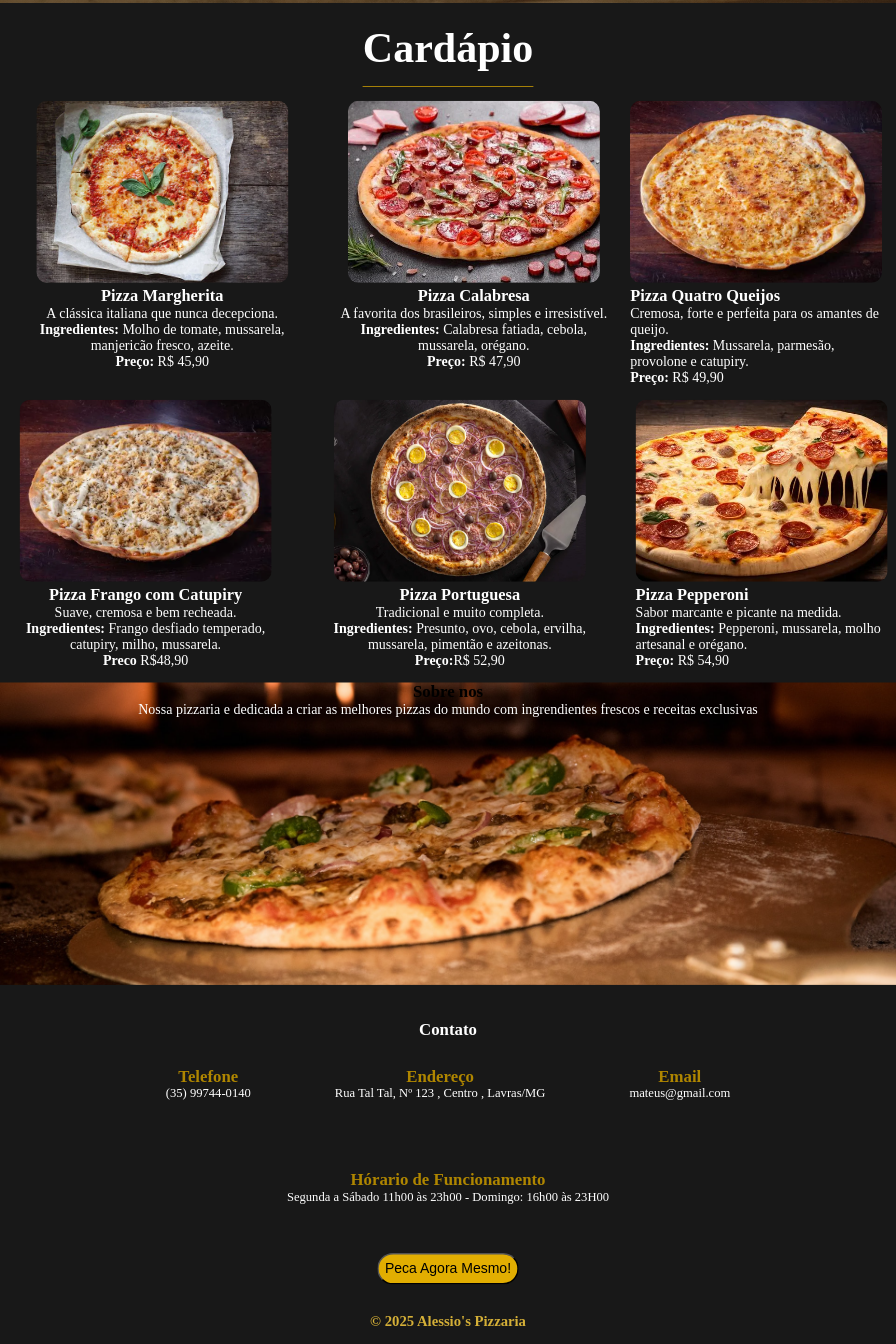
Repository: Mateushlp/landing-page-pizza
Page: index.html
These files come from the project's save history. The page is drawn as it stood at one moment and after the next save; the edit follows.
The browser window is 1280 px wide. The pictures show the part of the page from y = 980 to 2900 px (the page is 2900 px tall), at 70% of full size.

Above is the page before, as saved 2026-05-03 11:32:33.

After the next save:
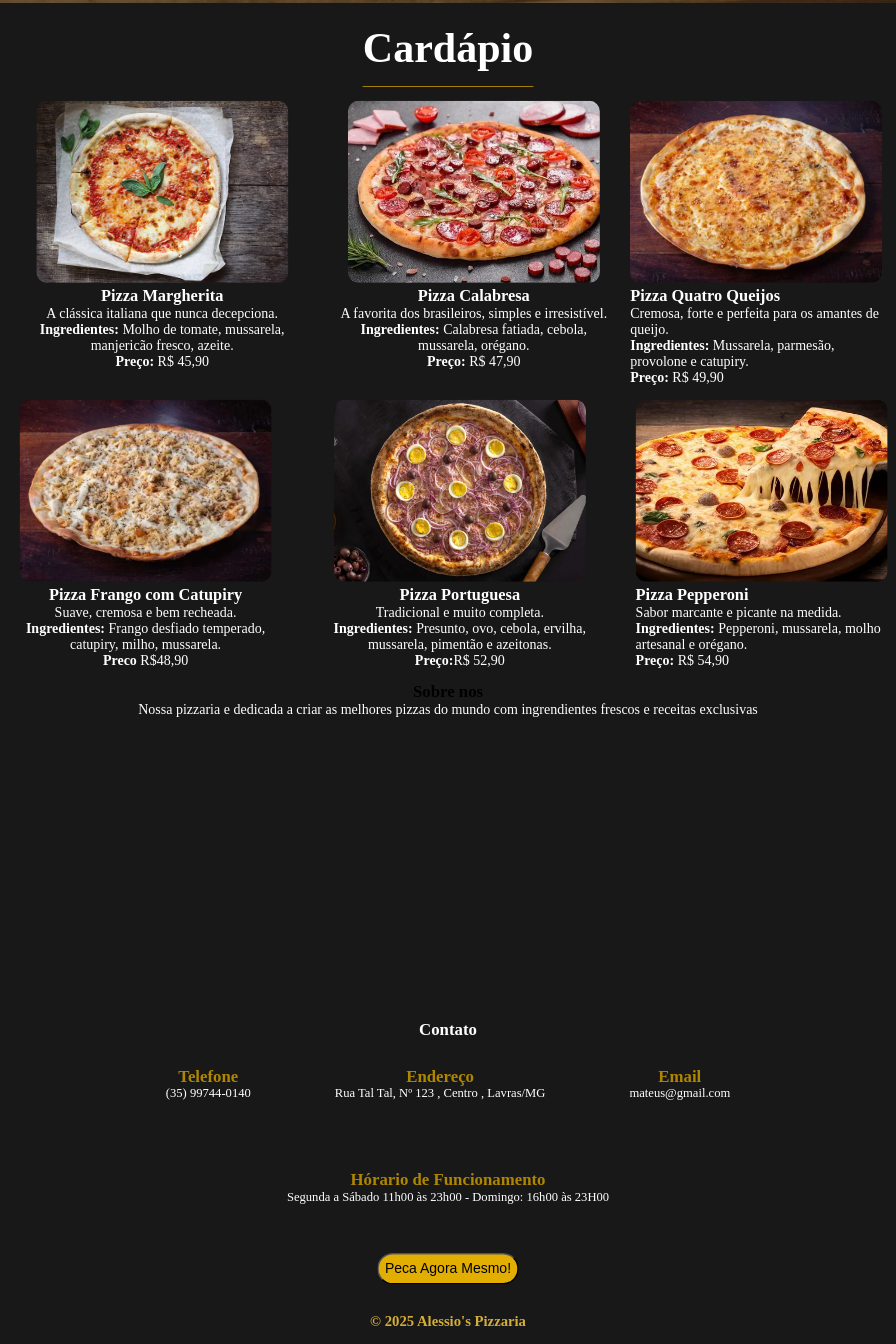
Saved 14 s later.
--- a/style.css
+++ b/style.css
@@ -112,7 +112,8 @@
 }
 
 .sobre{
-    background-image: url(./img/background.jpg);
+   background:
+        linear-gradient(rgba(0,0,0,0.5), rgba(0,0,0,0.5)) url(./img/background.jpg);
     background-size: cover;
     background-position: center;
     height: 60vh;/

After the 4 saves that followed:
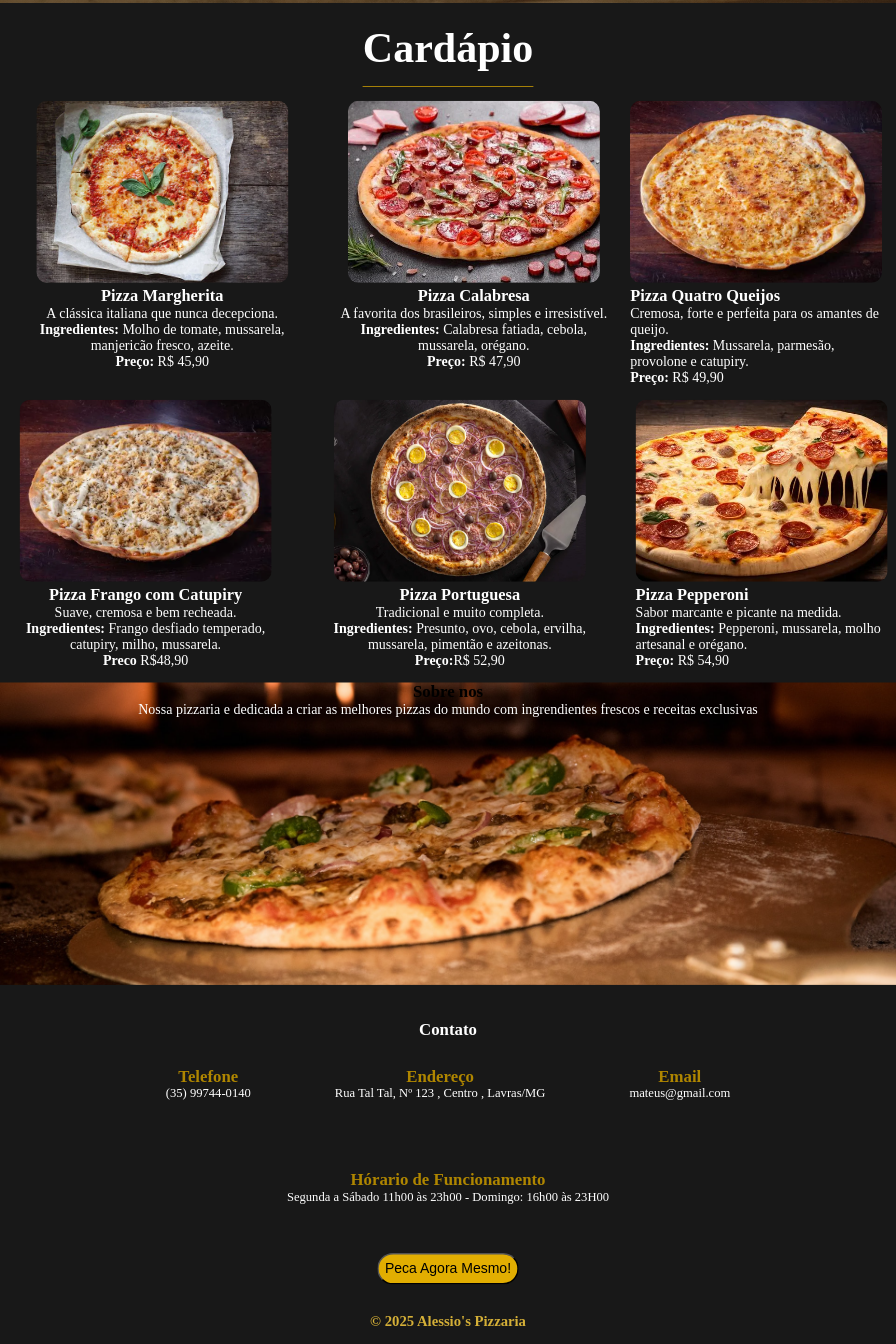
The 4 saves are shown as one change because 2 left the picture as it was and some came seconds apart.
The last was saved 34 s later.
--- a/style.css
+++ b/style.css
@@ -112,8 +112,7 @@
 }
 
 .sobre{
-   background:
-        linear-gradient(rgba(0,0,0,0.5), rgba(0,0,0,0.5)) url(./img/background.jpg);
+    background-image: url(./img/background.jpg);
     background-size: cover;
     background-position: center;
     height: 60vh;/
